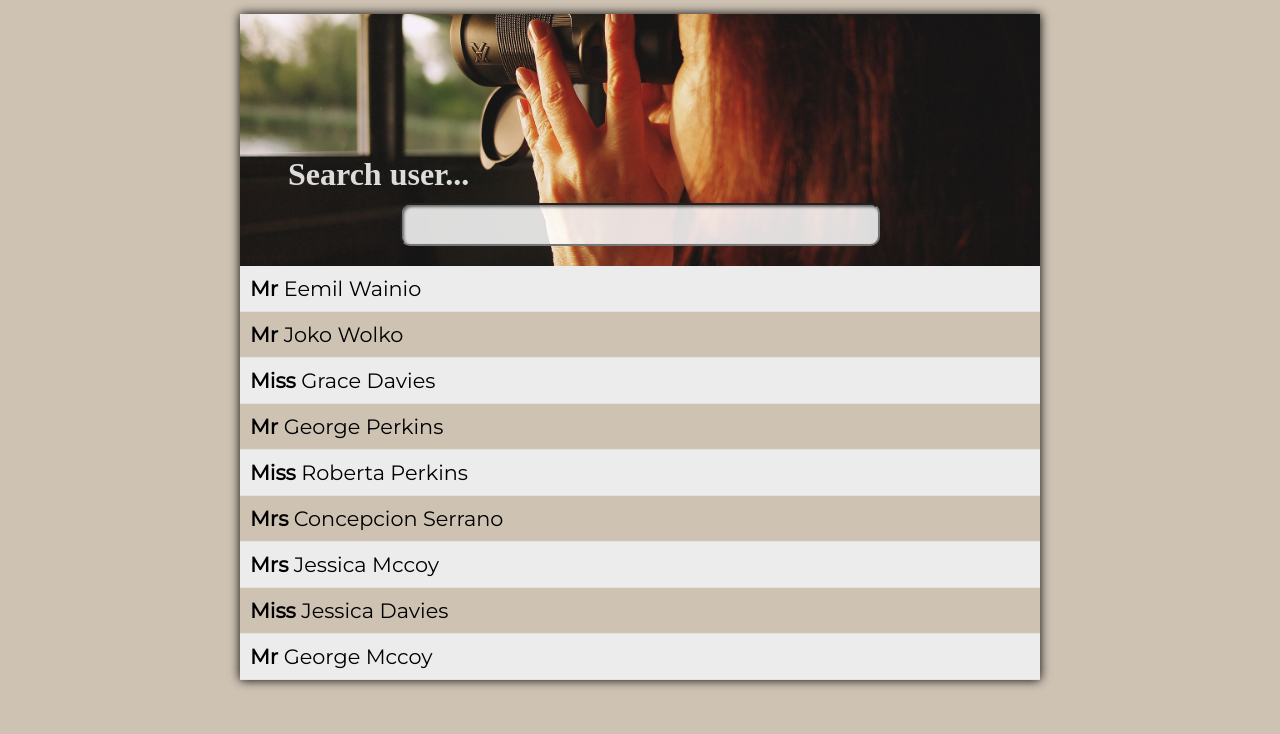
Repository: KrzysKolo/sr_tydzien5_zad4
Page: /
These files come from the project's save history. The page is drawn as it stood at one moment and after the next save; the edit follows.
The browser window is 1280 px wide. The pictures show the whole page.
Some web fonts or font styles are not loaded; a fallback is used. The project was rebuilt for these pictures with package versions that can differ from the ones it lists, and the page was loaded fresh each time.

Above is the page before, as saved 2021-01-03 06:18:30.

After the next save:
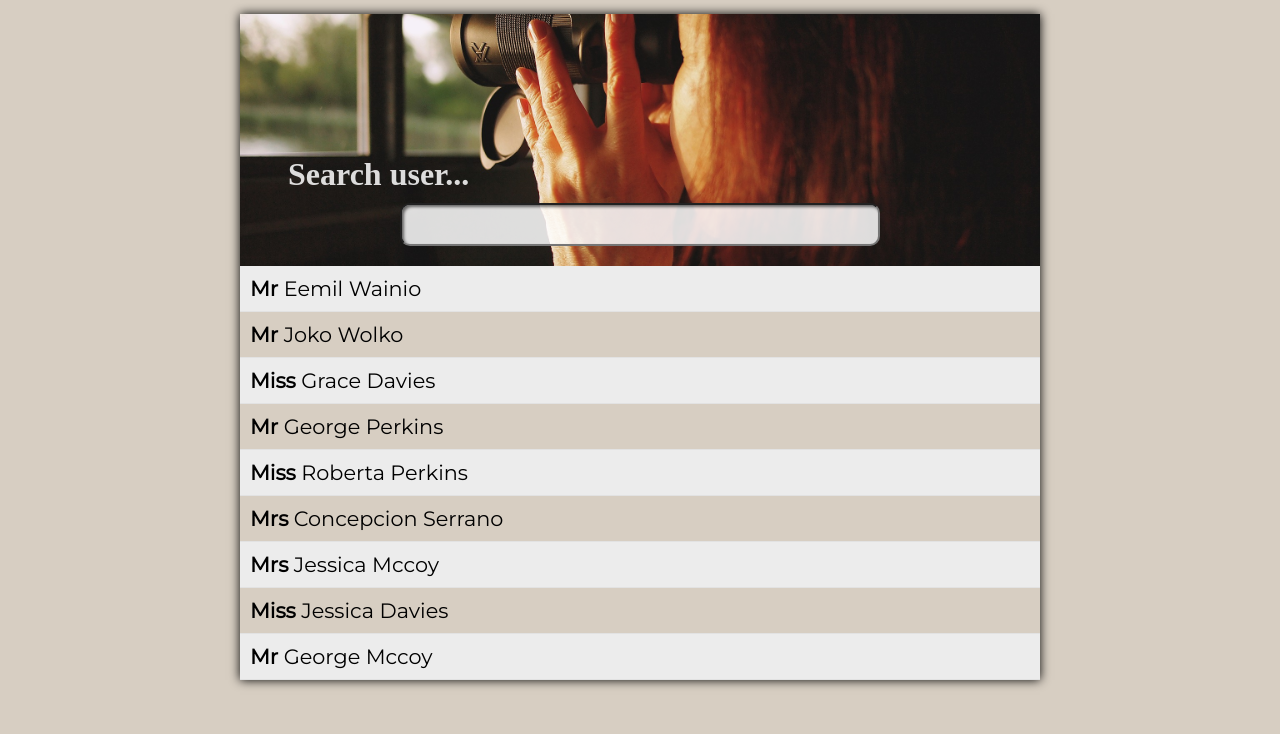
Saved 18 s later.
--- a/src/App.css
+++ b/src/App.css
@@ -6,7 +6,7 @@
 body {
   height: 100vh;
   width: 100vw;
-  background-color: rgb(206, 194, 179);
+  background-color: rgba(206, 194, 179, 0.8);
 }
 section {
   margin: 2vh auto;
